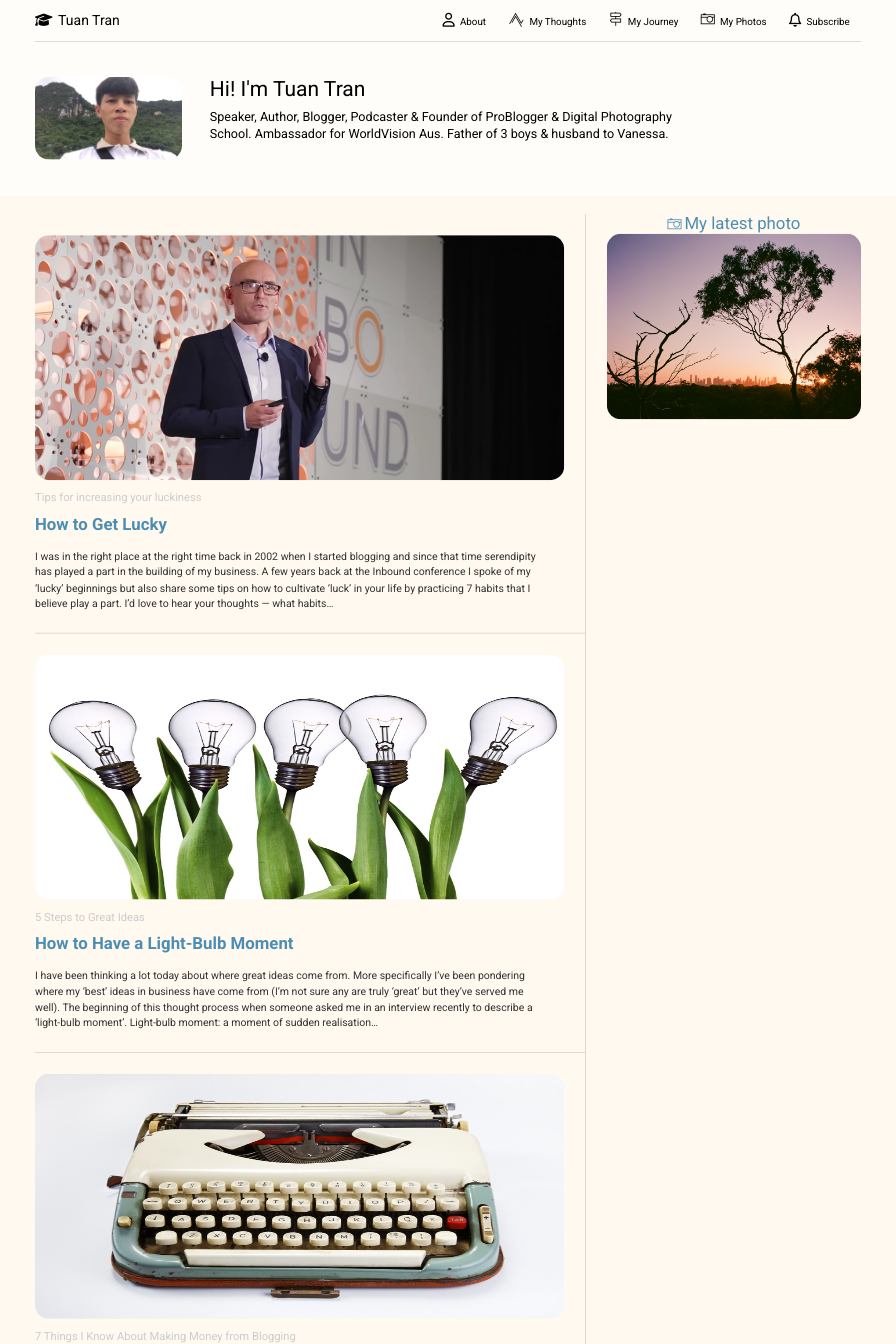
Repository: TranDinhTuann/Blog-Demo
Page: index.html
These files come from the project's save history. The page is drawn as it stood at one moment and after the next save; the edit follows.
The browser window is 1280 px wide. The pictures show the part of the page from y = 0 to 1920 px (the page is 2860 px tall), at 70% of full size.

Above is the page before, as saved 2023-03-22 21:16:14.

After the next save:
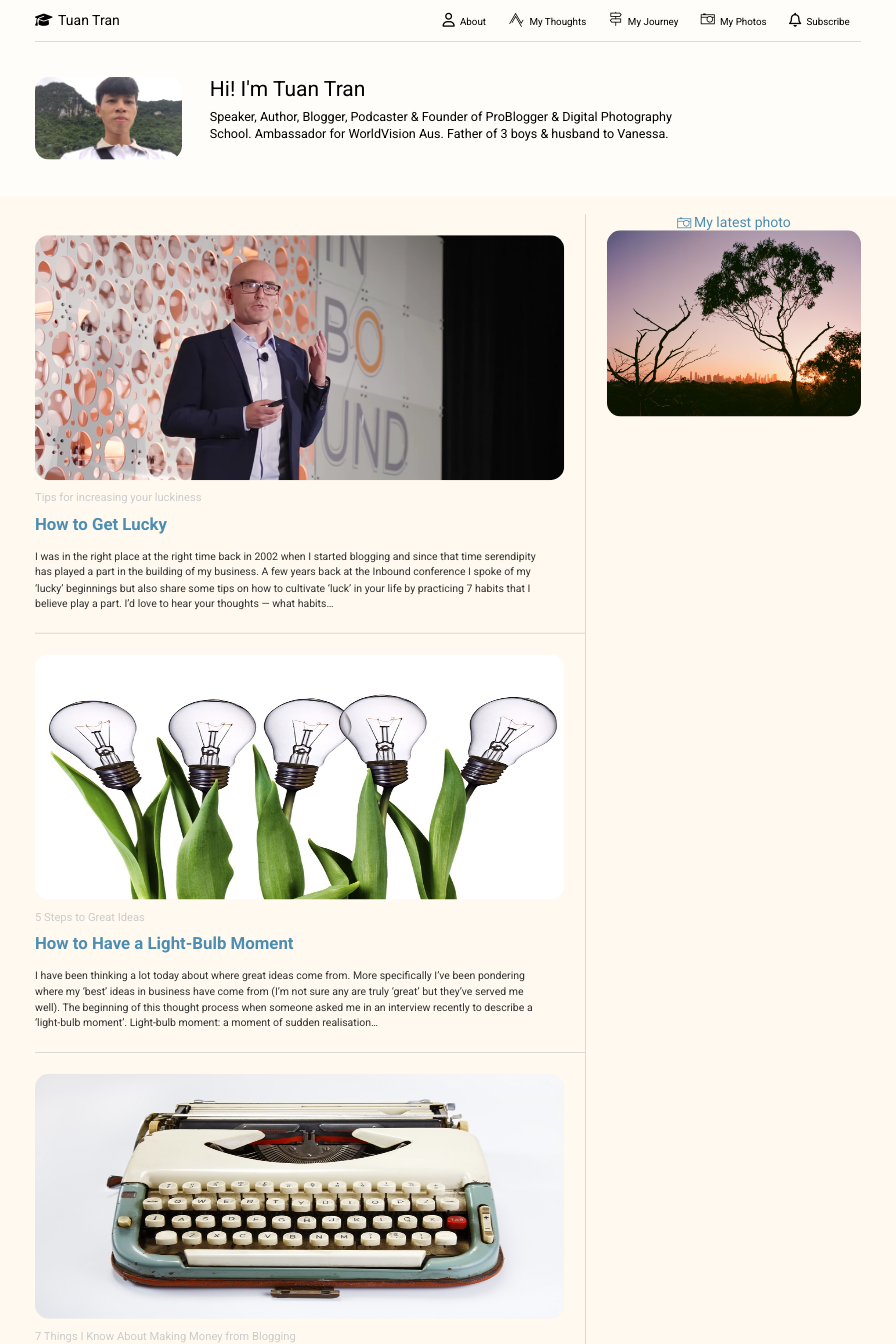
Saved 56 s later.
--- a/assets/css/main.css
+++ b/assets/css/main.css
@@ -171,7 +171,7 @@
     color: #4c8eb3;
 }
 .row-heading{
-    font-size: 24px;
+    font-size: 20px;
 }
 
 
